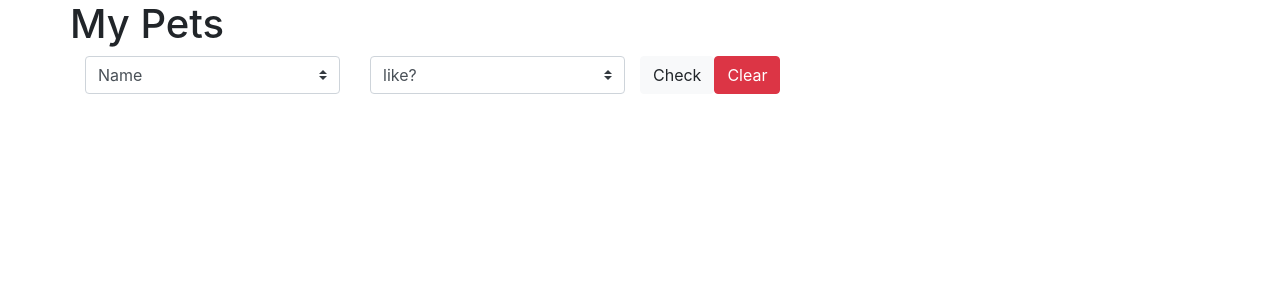
Repository: Mschikay/EBusiness
Page: http://localhost/Json/animal.jsp
The author's editor kept a copy of each file at every save. The page is drawn from the files as they stood at one save, then again after the next save.
The browser window is 1280 px wide. The pictures show the whole page.
Some web libraries are served in a nearby version. The page is served by Tomcat 9. Other server files are loaded and not shown.

Above is the page before, as saved 2019-01-27 05:51:40.

### groupwork/Json/WebContent/animal.jsp
<%@ page language="java" contentType="text/html; charset=UTF-8"
    pageEncoding="UTF-8"%>
<!DOCTYPE html>
<html>
<head>
	<meta name="viewport" content="width=device-width, initial-scale=1" />
	<title>My pets</title>
	<link rel="stylesheet" href="https://maxcdn.bootstrapcdn.com/bootstrap/4.2.1/css/bootstrap.min.css">

</head>
<body>
	<div class="container">

		<div class="row">
			<header>
				<h1 id="headline">My Pets</h1>
			</header>
		</div>

	<div class="row">

		<div class="col-3">
		<select  id="name" class="custom-select">
			<option selected>Name</option>
			<option>Meowsy</option>
			<option>Barky</option>
			<option>Purrpaws</option>
		</select>
		</div>

		<div class="col-3">
			<select  id="state" class="custom-select">
				<option selected>like?</option>
				<option>like</option>
				<option>dislike</option>
			</select>
		</div>

		<button id="check" class="btn btn-light">Check</button>
		<button id="clear" class="btn btn-danger">Clear</button>

	<div id="info"></div>
	</div>

	</div>

	<script src="https://ajax.googleapis.com/ajax/libs/jquery/3.3.1/jquery.min.js"></script>
	<script src="https://maxcdn.bootstrapcdn.com/bootstrap/4.2.1/js/bootstrap.min.js"></script>
	<script src="https://cdnjs.cloudflare.com/ajax/libs/popper.js/1.14.6/umd/popper.min.js"></script>
	<script src="js/main.js"></script>
</body>
</html>

### groupwork/Json/WebContent/js/main.js
var info = document.getElementById("info");
var para = document.createElement('p');


$("#check").click(function(){
	var name = document.getElementById("name").value;
    var state = document.getElementById("state").value;
    var data = {
		name: name,
		state: state
		};
    var string = "";

    if (name == null || state == null || name == "Name" || state == "like?"){
    	string = "Please select your pet name or pet state first."
    	para.innerHTML = string
		info.appendChild(para);
    }else{
    	$.ajax({
    		url:"showAnimal",
    		type: "post",
    	    data: JSON.stringify(data),
    		contentType:"application/json",
    		success: [
    			function (result, status, xhr) {
    				console.log(xhr.status);

    				string = name + " is a " + result.species + " that " +
        			state + " " + result.food;
        			infoItem = document.createElement('p');
        			infoItem.innerHTML = string;
       				info.appendChild(infoItem);
    		}],
    		error: [function (res) {
    			$("#info").empty();
    			string = "Sorry. Error occurred in server.";
    			para.innerHTML = string;
    			info.appendChild(para);
    		}]
    	});
    }

});


$("#clear").click(function(){
	$("#info").empty();
});

After the next save:
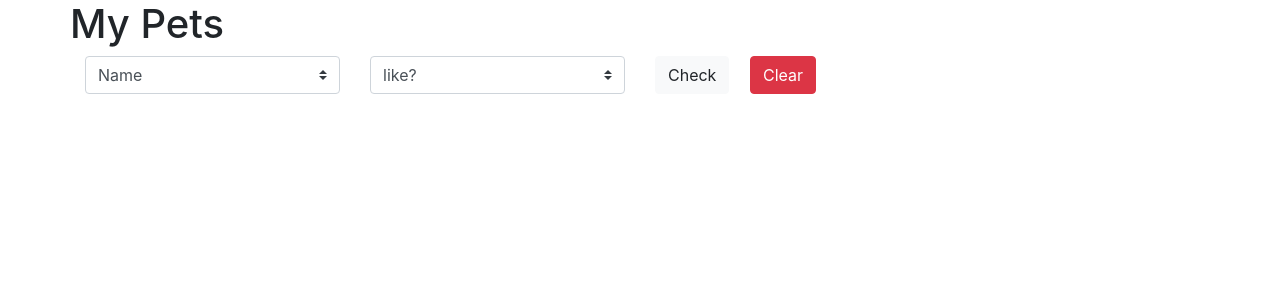
Saved 63 s later.
--- a/groupwork/Json/WebContent/animal.jsp
+++ b/groupwork/Json/WebContent/animal.jsp
@@ -36,8 +36,13 @@
 			</select>
 		</div>
 
-		<button id="check" class="btn btn-light">Check</button>
-		<button id="clear" class="btn btn-danger">Clear</button>
+		<div class="col-1">
+			<button id="check" class="btn btn-light">Check</button>
+		</div>
+
+		<div class="col-1">
+			<button id="clear" class="btn btn-danger">Clear</button>
+		</div>
 
 	<div id="info"></div>
 	</div>
